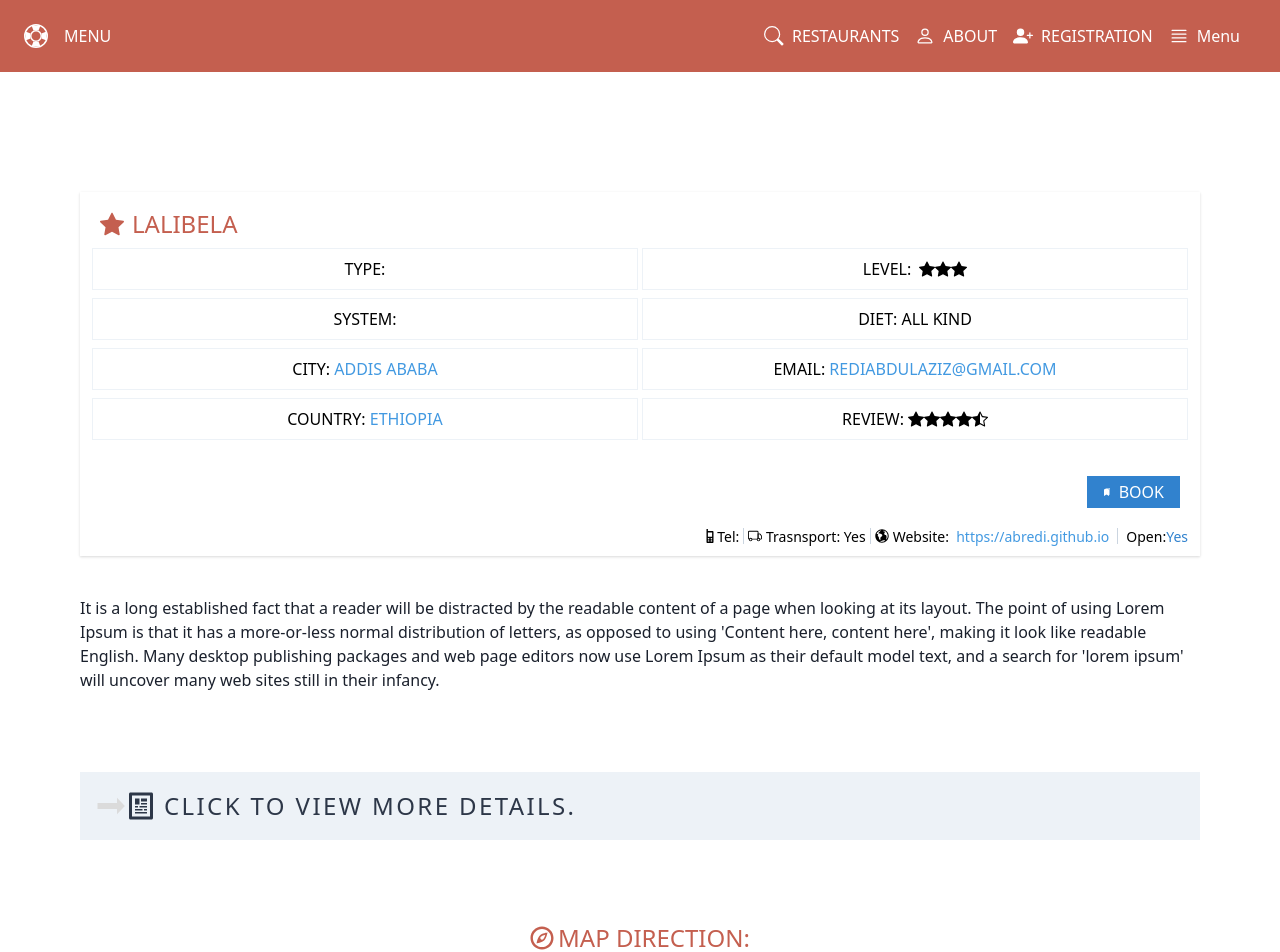
Repository: layzrd/nextmeal
Page: public/contact.html
These files come from the project's save history. The page is drawn as it stood at one moment and after the next save; the edit follows.
The browser window is 1280 px wide. The pictures show the part of the page from y = 0 to 952 px (the page is 1839 px tall before and 1860 px after).
Some web libraries are served in a nearby version.

Above is the page before, as saved 2020-06-26 18:25:00.

After the next save:
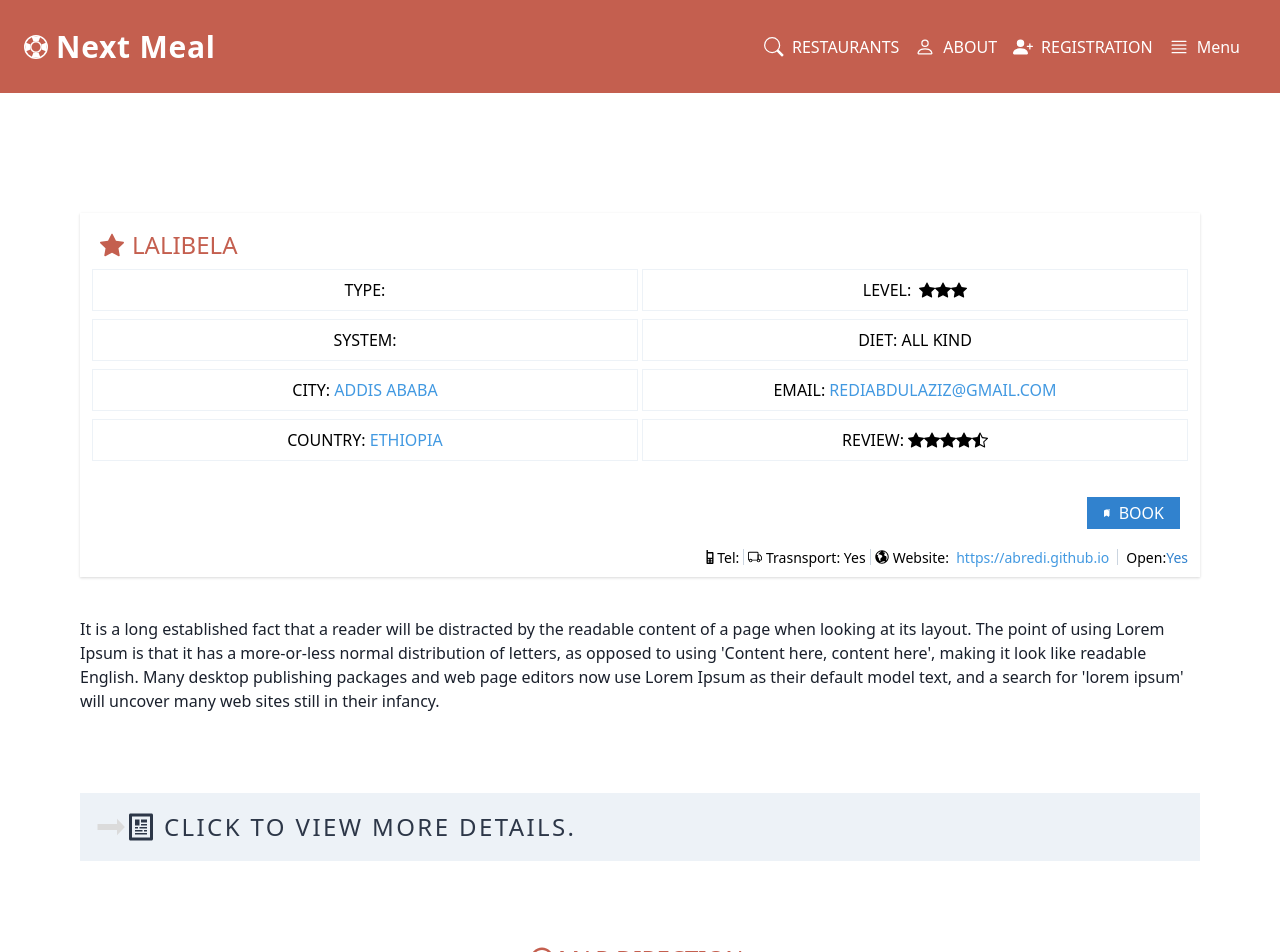
Saved 4 min 26 s later.
--- a/public/contact.html
+++ b/public/contact.html
@@ -19,7 +19,7 @@
             <path
               d="M11.642 6.343L15 5v6l-3.358-1.343A3.99 3.99 0 0 0 12 8a3.99 3.99 0 0 0-.358-1.657zM9.657 4.358L11 1H5l1.343 3.358A3.985 3.985 0 0 1 8 4c.59 0 1.152.128 1.657.358zM4.358 6.343L1 5v6l3.358-1.343A3.985 3.985 0 0 1 4 8c0-.59.128-1.152.358-1.657zm1.985 5.299L5 15h6l-1.343-3.358A3.984 3.984 0 0 1 8 12a3.99 3.99 0 0 1-1.657-.358z" />
           </svg>
-          <a href="index.html" class="ml-2 hidden lg:inline uppercase">Menu</a>
+          <span class="font-semibold text-3xl capitalize tracking-wide">Next Meal</span>
         </div>
 
         <div
